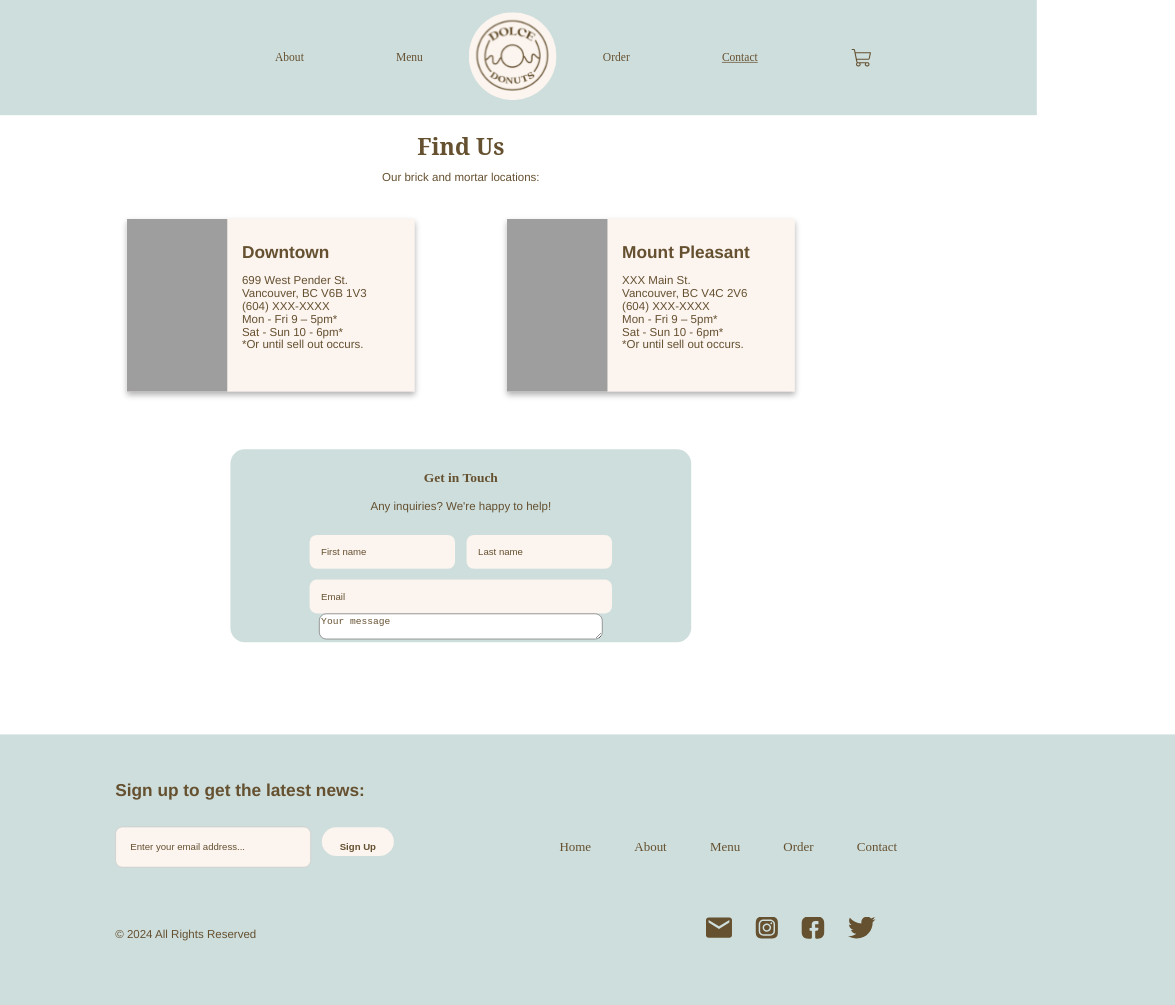
Repository: Crystalhtc/dolcedonuts
Page: /contact
The author's editor kept a copy of each file at every save. The page is drawn from the files as they stood at one save, then again after a run of saves.
The browser window is 1280 px wide. The page is 1632 px wide, so the pictures cover 1632 px, including what lies to the right of the window. The pictures show the whole page, at 72% of full size.
Pictures or frames that could not be fetched are drawn as grey boxes. The project was rebuilt for these pictures with package versions that can differ from the ones it lists, and the page was loaded fresh each time. Also part of the build but not shown: vite.config.js, src/pages/Home.module.css, src/pages/Home.jsx, src/components/ProductCard/ProductCard.jsx, src/Data/products.js, src/pages/Order.css, src/pages/Menu.jsx, src/pages/Order.jsx and 13 more.

Above is the page before, as saved 2024-10-20 15:30:47.

### src/App.jsx
import React from 'react';
import "./App.css";
import { BrowserRouter as Router, Route, Routes } from 'react-router-dom';
import Header from './components/Header/Header';
import Footer from './components/Footer/Footer';
import Home from './pages/Home';
import Menu from './pages/menu';
import Order from './pages/order';
import Contact from './pages/Contact';
import About from './pages/About';
import Checkout from './pages/Checkout';
import Cart from './pages/Cart';
import ProductDetails from './pages/ProductDetails';
import PaymentReview from './pages/PaymentReview';

function App() {

  return (
    <Router>
      <Header />
      <Routes>
        <Route path="/" element={<Home />} />
        <Route path="/about" element={<About />} />
        <Route path="/menu" element={<Menu />} />
        <Route path="/order" element={<Order />} />
        {/* <Route path="/productdetails/:id" element={<ProductDetails />} /> */}
        <Route path="/productdetails" element={<ProductDetails />} />
        <Route path="/contact" element={<Contact />} />
        <Route path="/cart" element={<Cart />} />
        <Route path="/checkout" element={<Checkout />} />
        <Route path="/paymentreview" element={<PaymentReview />} />
      </Routes>
      <Footer />
    </Router>
  );
}

export default App;

### src/App.css
@import url('https://fonts.googleapis.com/css2?family=Arimo:ital,wght@0,400..700;1,400..700&display=swap');
@import url('https://fonts.googleapis.com/css2?family=Noto+Serif:ital,wght@0,100..900;1,100..900&display=swap');

:root {
    --mint: #CEDEDC;
    --cream: #FBF4EF;
    --pink: #F5CCD6;
    --dark-pink: #E3BBC5;
    --brown: #655030;
    --dark-brown: #4C3B22;
}
body {
    margin: 0 auto;
}
/* font */
/* heading, button */
h1 {
    font-family: "Noto Serif", serif;
    color: #655030;
    font-size: 28pt;
}
/* subheading */
h2 {
    font-size: 24pt;
    font-family: 'Arimo', sans-serif;
    color: #655030;
}
/* paragraph */
p {
    font-family: 'Arimo', sans-serif;
    color: #655030;
}

.container {
    max-width: 1440px;
    margin: 0 auto;
    height: auto;
    /* padding: 20px;  */
}

### src/components/Header/Header.jsx
import { NavLink } from 'react-router-dom';
import styles from './Header.module.css';
import logo from '../../assets/logo.svg';
import cartIcon from '../../assets/cart-icon.svg';

export default function Header() {
  return (
    <nav className={styles.nav}>
      <ul className={styles.navList}>
        <li className={styles.navItem}>
          <NavLink to="/about" className={({ isActive }) => (isActive ? styles.activeLink : undefined)}>About</NavLink>
        </li>
        <li className={styles.navItem}>
          <NavLink to="/menu" className={({ isActive }) => (isActive ? styles.activeLink : undefined)}>Menu</NavLink>
        </li>
        <li className={styles.logoContainer}>
          <NavLink to="/">
            <img src={logo} alt="Logo" className={styles.logo} />
          </NavLink>
        </li>
        <li className={styles.navItem}>
          <NavLink to="/order" className={({ isActive }) => (isActive ? styles.activeLink : undefined)}>Order</NavLink>
        </li>
        <li className={styles.navItem}>
          <NavLink to="/contact" className={({ isActive }) => (isActive ? styles.activeLink : undefined)}>Contact</NavLink>
        </li>
        <li className={styles.navItem}>
          <NavLink to="/cart" className={({ isActive }) => (isActive ? styles.activeLink : undefined)}>
            <img src={cartIcon} alt="Cart" className={styles.cartIcon} />
          </NavLink>
        </li>
      </ul>
    </nav>
  );
}

### src/components/Footer/Footer.jsx
import React from 'react';
import styles from './Footer.module.css';
import socialMediaIcons from '../../assets/social-media-icons.svg';

const Footer = () => {
    return (
        <footer className={styles.footer}> {/* Use styles for className */}
            <h2 className={styles.signUpMessage}>Sign up to get the latest news:</h2>

            <div className={styles.topContainer}>
                <div className={styles.newsletterSignup}> {/* Use styles for className */}
                    <input type="email" placeholder="Enter your email address..." />
                       <button className={styles.signupButton}>Sign Up</button> {/* Use styles for className */}
                </div>

                 <div className={styles.footerLinks}>
                     <ul className={styles.linkList}>
                        <li><a href="/">Home</a></li>
                        <li><a href="/about">About</a></li>
                        <li><a href="/menu">Menu</a></li>
                        <li><a href="/order">Order</a></li>
                        <li><a href="/contact">Contact</a></li>
                    </ul>
                </div>
            </div>

            <div className={styles.footerBottomContainer}>
                <p>© 2024 All Rights Reserved</p>
                <div className={styles.socialMedia}> {/* Use styles for className */}
                    <img src={socialMediaIcons} alt="Social Media Icons" />
                </div>
            </div>
        </footer>
    );
};

export default Footer;

### src/pages/Contact.jsx
import styles from './Contact.module.css';
import Form from '../components/ContactUsForm/ContactForm';

export default function Contact() {
    return(
        <div className={styles.contactUsContainer}>
            <h1 className={styles.contactUsH1}>Find Us</h1>
            <p>Our brick and mortar locations:</p>
                <div className={styles.contactUsCardContainer}>
                    <div className={styles.contactUsCard}>
                        <div className={styles.locationOne}>
                            <img src="https://images.unsplash.com/photo-1574033566548-f6c3f48cc11e?q=80&w=2160&auto=format&fit=crop&ixlib=rb-4.0.3&ixid=M3wxMjA3fDB8MHxwaG90by1wYWdlfHx8fGVufDB8fHx8fA%3D%3D"
                            alt="cafe table 1"
                            width={140}
                            height={240}
                            className={styles.contactUsImg}
                            />
                            <div>
                                <h2 className={styles.contactUsText}>Downtown</h2>
                                    <p className={styles.contactUsText}> 699 West Pender St.
                                    <br/>
                                    Vancouver, BC V6B 1V3
                                    <br/>
                                    (604) XXX-XXXX
                                    <br/>
                                    Mon - Fri  9 – 5pm*
                                    <br/>
                                    Sat - Sun 10 - 6pm*
                                    <br/>
                                    *Or until sell out occurs.
                                    </p>
                            </div>

                        </div>
                    </div>

                    <div className={styles.contactUsCard}>
                        <div className={styles.locationOne}>
                            <img src="https://images.unsplash.com/photo-1613274554329-70f997f5789f?q=80&w=2574&auto=format&fit=crop&ixlib=rb-4.0.3&ixid=M3wxMjA3fDB8MHxwaG90by1wYWdlfHx8fGVufDB8fHx8fA%3D%3D"
                            alt="cafe table 2"
                            width={140}
                            height={240}
                            className={styles.contactUsImg}
                            />
                            <div>
                                <h2 className={styles.contactUsText}>Mount Pleasant</h2>
                                    <p className={styles.contactUsText}> XXX Main St.
                                    <br/>
                                    Vancouver, BC V4C 2V6
                                    <br/>
                                    (604) XXX-XXXX
                                    <br/>
                                    Mon - Fri  9 – 5pm*
                                    <br/>
                                    Sat - Sun 10 - 6pm*
                                    <br/>
                                    *Or until sell out occurs.
                                    </p>
                            </div>
                        </div>
                    </div>
                </div>
            <Form/>
        </div>
    )
}

### src/components/Header/Header.module.css
.nav {
    width: 1440px;
    height: 160px;
    background-color: var(--mint);
    display: flex;
    justify-content: center;
    flex-shrink: 0;
    margin: auto;
}

.navList {
    list-style-type: none;
    display: flex;
    justify-content: center;
    align-items: center;
    margin: 0;
    padding: 0;
    width: 100%;

    margin-left: 11%;
}

.navItem {
    margin: 0 4rem;
}

.navItem a {
    text-decoration: none;
    color: var(--brown);
}

.logoContainer {
    flex: 0 0 auto;
}

.logo {
    width: 122px;
    height: 122px;
    object-fit: contain;
}

.cartIcon {
    width: 36px;
    height: auto;
}

.navItem .activeLink {
    text-decoration: underline;
    color: var(--brown);
}

### src/components/Footer/Footer.module.css
.footer {
    width: 1440px;
    height: 312px;
    background-color: var(--mint);
    padding: 2rem;
    color: var(--brown);
    padding-left: 10rem;
    flex-shrink: 0;
    margin: auto;
}

.topContainer {
    display: flex;
    align-items: center;
    gap: 10rem;
}

.footerBottomContainer {
    display: flex;
    margin-top: 3rem;
    gap: 39rem;
}

.newsletterSignup input {
    padding: 20px;
    width: 230px;
    border: 1px solid #ccc;
    background-color: var(--cream);
    border-radius: 10px;
}

.signupButton {
    width: 100px;
    padding: 20px;
    margin-left: 15px;
    background-color: var(--cream);
    color: var(--brown);
    font-weight: bold;
    border: none;
    border-radius: 20px;
}

.footerLinks {
    margin: 20px 0;
    display: flex;
    font-size: large;
}

.linkList a {
    color: var(--brown);
    list-style-type: none;
    text-decoration: none;
}

.linkList li {
    text-decoration: none;
    display: inline;
    margin: 0 30px;
}

.socialMedia img {
    width: 250px;
    height: auto;
}

### src/pages/Contact.module.css
.contactUsContainer {
    text-align: center;
}

.contactUsH1 {
    margin-bottom: -2px;
}

.contactUsCardContainer {
    display: flex;
    gap: 10%;
    justify-content: center;
    margin-top: 3rem;
}

.locationOne {
    display: flex;
}

.contactUsText {
    text-align: left;
    padding-left: 20px;
}

.contactUsCard {
    background-color: var(--cream);
    width: 400px;
    box-shadow: 0 4px 8px rgba(0, 0, 0, 0.3);
    margin-bottom: 5rem;
}

### src/components/ContactUsForm/ContactForm.jsx
import { useState } from "react";
import styles from './ContactForm.module.css';

export default function Form() {
    const [firstName, setFirst] = useState('');
    const [lastName, setLast] = useState('');
    const [submitted, setSubmitted] = useState(false);

    const handleSubmission = async (e) => {
        e.preventDefault();
        console.log('Thank you for your inquiry!');
        setSubmitted(true);
    };

    return (
        <>
            {submitted ? (
                <div className={styles.successfulMessage}>
                    <h2>Thank you for your inquiry!</h2>
                    <p>You will hear from us within 14 business days.</p>
                </div>
            ) : (
                <form onSubmit={handleSubmission} className={styles.formContainer}>
                    <div className={styles.nameContainer}>
                        <h3>Get in Touch</h3>
                        <p>Any inquiries? We're happy to help!</p>
                        <div className={styles.nameFieldContainer}>
                            <div className={styles.nameField}>
                                <input
                                    className={styles.inputWidth}
                                    name="firstName"
                                    placeholder="First name"
                                    type="text"
                                    value={firstName}
                                    onChange={(e) => setFirst(e.target.value)}
                                    required
                                />
                            </div>
                            <div className={styles.nameField}>
                                <input
                                    className={styles.inputWidth}
                                    name="lastName"
                                    placeholder="Last name"
                                    type="text"
                                    value={lastName}
                                    onChange={(e) => setLast(e.target.value)}
                                    required
                                />
                            </div>
                        </div>
                        <div>
                            <input className={styles.formPlaceholders} type="email" name="email" placeholder="Email"/>
                        </div>

                        <div>
                            <textarea className={styles.formPlaceholders} name="message" placeholder="Your message"></textarea>
                        </div>
                    </div>

                </form>
            )}
        </>
    );
}

{/* <div className={styles.contactFormContainer}>
            <h2>Get in touch</h2>
            <p>Any inquiries? We're happy to help.</p>
            <form className={styles.form}>
                <div className={styles.formPlaceholdersName}>
                    <input type="text" name="firstName" placeholder="First name"/>
                    <br/>
                    <input type="text" name="lastName" placeholder="Last name"/>
                </div>

                <div className={styles.formPlaceholders}>

                </div>

                <div className={styles.formPlaceholders}>
                    <input type="email" name="email" placeholder="Email"/>
                </div>

                <div className={styles.formPlaceholders}>
                    <textarea name="message" placeholder="Your message"></textarea>
                </div>
            </form>
        </div> */}

### src/pages/Checkout.module.css
.checkoutContainer {
    display: flex;
    align-items: center;
    justify-content: center;
}

input {
    background-color: var(--cream);
    border: none;
    padding: 1rem;
    border-radius: 4px;
}

.contactInputs {
    display: flex;
    flex-direction: column;
}

.checkoutContainer {
    display: flex;
    justify-content: space-between;
    align-items: start;
    padding: 2rem;
    max-width: 1200px;
    margin: 0 auto;
    gap: 3rem;
}

.leftColumn {
    flex: 2;
}

.rightColumn {
    flex: 1;
    padding: 2rem;
    height: fit-content;
    border-left: 1px solid var(--brown);
}

::placeholder {
    color: var(--brown);
}

h3 {
    color: var(--brown);
}

/* Contact Section */
.contactInputs {
    display: flex;
    flex-direction: column;
    gap: 1rem;
}

/* Delivery Section */
.deliveryOptions {
    display: flex;
    flex-direction: column;
    align-items: center;
}

.deliveryToggle {
    display: flex;
    align-items: center;
    gap: 1rem;
    margin: 1rem 0;
    background-color: var(--cream);
    border-radius: 10px;
    padding: 0.5rem;
    width: 60%;
}

/* Delivery Toggle Buttons */
.deliveryToggle {
    display: flex;
    gap: 1rem; /* Space between buttons */
}

.deliveryToggle button {
    padding: 0.75rem 1rem;
    border: none;
    border-radius: 20px;
    cursor: pointer;
    flex: 1;
    transition: background-color 0.3s ease; /* Smooth transition */
}

/* Default styles */
.pickupButton {
    background-color: transparent; /* Inactive state */
    color: var(--brown); /* Text color */
}

.deliveryButton {
    background-color: transparent; /* Inactive state */
    color: var(--brown); /* Text color */
}

/* Active styles */
.pickupButton.active,
.deliveryButton.active {
    background-color: var(--mint); /* Active button color */
}

/* Hover state */
.deliveryToggle button:hover {
    background-color: pink; /* Hover state */
}

/* Optional: Set a specific color for inactive buttons' text */
.deliveryToggle button:not(.active) {
    color: var(--brown); /* Change to desired inactive text color */
}

.addresses {
    display: flex;
    flex-direction: column;
    gap: 1rem;
}

.downtown, .mountPleasant {
    background-color: var(--cream);
    border-radius: 10px;
    padding: 1rem;
    display: flex;
    gap: 1rem;
    align-items: start;
}


/* Payment Section */
.paymentContainer {
    margin: 1rem 0;
}

.creditCardTitle {
    background: var(--mint);
    padding: 0.5rem 1rem;
    margin-bottom: 1rem;
}

.paymentInputs {
    display: flex;
    flex-direction: column;
    gap: 1rem;
}

.fullWidthInput input {
    width: 100%;
}

.halfWidthInput {
    display: flex;
    justify-content: space-between;
}

.firstHalfInput {
    width: 100%;
}

.secondHalfInput {
    width: 100%;
    display: flex;
    justify-content: end;
}

.firstHalfInput input {
    width: 90%;
}

.secondHalfInput input {
    width: 90%;
}

.halfWidthInputField input {
    width: 50%
}

.paymentInputs > div {
    display: flex;
    gap: 1rem;
}

/* Right Column Styling */
.checkoutProducts {
    display: flex;
    flex-direction: column;
    gap: 1rem;
    margin-bottom: 2rem;
}

.discountCode {
    display: flex;
    gap: 1rem;
    margin-bottom: 2rem;
    height: 3rem;
}

.discountInput {
    flex: 1;
    background: none;
    border: 2px solid var(--mint);
}

.discountButton {
    height: 3rem;
    padding: 0 1.5rem;
    background: none;
    border: none;
    border-radius: 10px;
    cursor: pointer;
    background: var(--cream);
}

.discountButton:hover {
    background: var(--brown);
    color: var(--cream);
}

.price {
    display: flex;
    flex-direction: column;
    margin-bottom: 2rem;
}

.subtotal, .tax, .total {
    display: flex;
    justify-content: space-between;
    align-items: center;
}

.total {
    font-weight: bold;
    font-size: 1.2rem;
    border-top: 1px solid #ccc;
    padding-top: 1rem;
}

/* Section Headers */
h1 {
    margin-bottom: 2rem;
    font-size: 2rem;
}

h2 {
    margin: 2rem 0 1rem 0;
    font-size: 1.5rem;
}

/* Responsive Design */
@media (max-width: 768px) {
    .checkoutContainer {
        flex-direction: column;
        padding: 1rem;
    }

    .rightColumn {
        width: 100%;
    }

    .paymentInputs > div,
    .addressInputs > div {
        flex-direction: column;
    }
}

### src/pages/PaymentReview.module.css

.reviewContainer > h1 {
    margin: 2rem auto;
    text-align: center;
    color: var(--brown);
}

.orderReview {
    display: flex;
    justify-content: space-between;
    align-items: start;
    width: 100%;
    gap: 2rem;
}

.orderDetails {
    flex: 2;
    margin-left: 2rem;
}

.orderSummary {
    flex: 1;
    padding: 2rem;
    height: fit-content;
    border-left: 1px solid var(--brown);
}

.orderTable {
    border-collapse: collapse;
    background: var(--cream);
}

.orderTable tr {
    border: 1px solid var(--brown);
}

.orderTable td {
    padding: 1rem;
    color: var(--brown);
}

.orderTable td:first-child {
    font-weight: bold;
    width: 30%;
}

.productList {
    display: flex;
    flex-direction: column;
    gap: 1rem;
    margin-bottom: 2rem;
}

.productCard {
    display: flex;
    gap: 1rem;
    padding: 1rem;
    border: 1px solid var(--brown);
    background-color: var(--cream);
    align-items: start;
    justify-content: start;
}

.productImage {
    width: 80px;
    height: 80px;
    background-color: #f0f0f0;
    border-radius: 4px;
}

.productInfo {
    flex: 1;
    color: var(--brown);
}

.productName {
    font-size: 1.2rem;
    font-weight: bold;
    color: var(--brown);
}

.productPrice {
    color: var(--brown);
    font-weight: bold;
}

.priceSummary {
    display: flex;
    flex-direction: column;
    margin-bottom: 2rem;
}

.subtotal, .tax, .total {
    display: flex;
    justify-content: space-between;
    align-items: center;
    color: var(--brown);
}

.total {
    font-weight: bold;
    font-size: 1.2rem;
    border-top: 1px solid var(--brown);
    padding-top: 1rem;
}

.continueButtonContainer {
    width: 100%;
    display: flex;
    justify-content: center;
    margin-top: 2rem;
}

.continueButton {
    width: 50%;
}

/* Section Headers */
h1 {
    margin-bottom: 2rem;
    font-size: 2rem;
    color: var(--brown);
}

/* Responsive Design */
@media (max-width: 768px) {
    .reviewContainer {
        padding: 1rem;
    }

    .orderSummary {
        width: 100%;
        border-left: none;
        border-top: 1px solid var(--brown);
        padding-top: 2rem;
    }

    .continueButton button {
        width: 100%;
    }

    .orderTable td {
        display: block;
        width: 100%;
    }

    .orderTable td:first-child {
        width: 100%;
        padding-bottom: 0;
    }
}

### src/components/ProductCard/ProductCard.module.css
.container {
    width: 340px;
    height: 530px;
    border-radius: 8px;
    padding: 18px 8px;
    box-shadow: 0px 4px 4px 0px rgba(0, 0, 0, 0.25);
    display: flex;
    flex-direction: column;
    align-items: center;
}
.priceAndButton {
    display: flex;
    flex-direction: row;
    align-items: center;
    gap: 10em;
}
button {
    width: 95px;
    height: 36px;
    border-radius: 8px;
    border: none;
    color: var(--brown);
    background: var(--Cream, #FBF4EF);
}
button h2 {
    margin: 0;
}

### src/components/ContactUsForm/ContactForm.module.css
.form {
    justify-content: left;
    text-align: left;
}
.formPlaceholdersName {
    display: flex;
}

.contactFormContainer {
    text-align: center;
}

.nameFieldContainer {
    display: flex;
    justify-content: center;
    gap: 1rem;
    padding-top: 15px;
    padding-bottom: 15px;

}

.inputWidth{
    width: 170px;
    border-radius: 10px;
}

.formPlaceholders {
    width: 388px;
    border-radius: 10px;
}

form {
    background-color: var(--mint);
    margin-left: 25%;
    margin-right: 25%;
    margin-bottom: 10%;
    padding-top: 10px;
    border-radius: 20px;
}

Loaded but not shown: index.html (common file); src/main.jsx (common file)

After the next 3 saves:
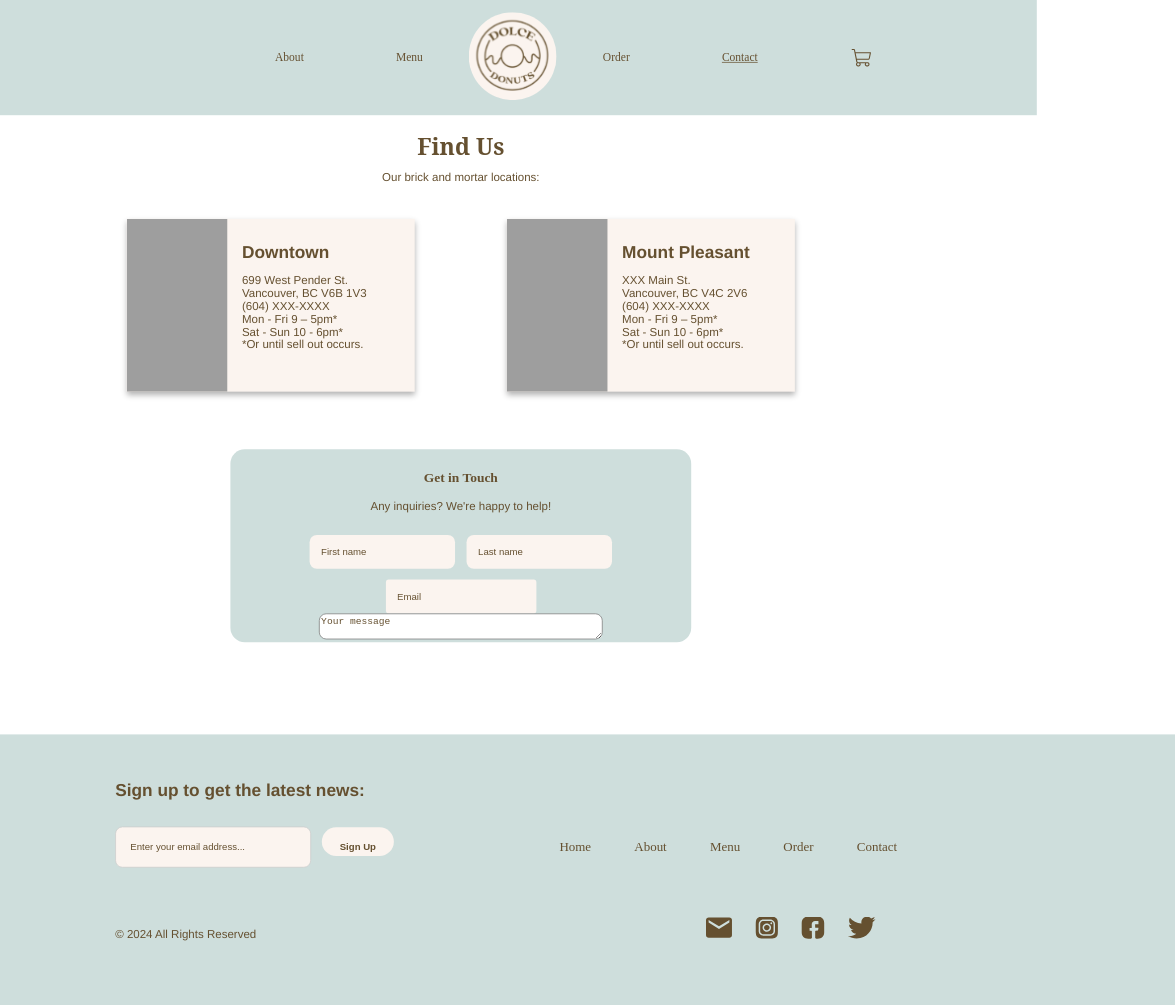
The 3 saves are shown as one change because they came seconds apart.
The last was saved 20 s later.
--- a/src/components/ContactUsForm/ContactForm.jsx
+++ b/src/components/ContactUsForm/ContactForm.jsx
@@ -49,7 +49,7 @@ export default function Form() {
                             </div>
                         </div>
                         <div>
-                            <input className={styles.formPlaceholders} type="email" name="email" placeholder="Email"/>
+                            <input className={styles.emailPlaceholder} type="email" name="email" placeholder="Email"/>
                         </div>
 
                         <div>
